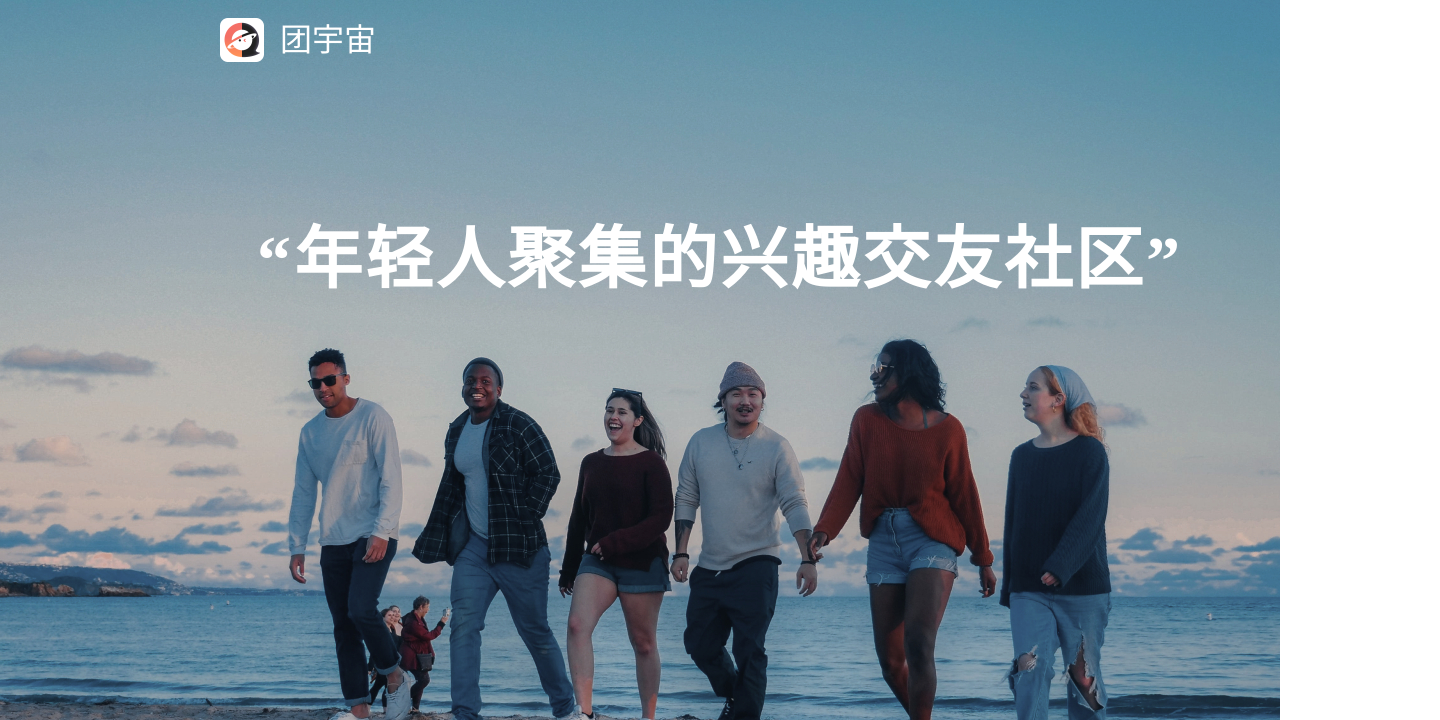
Repository: SanpLee/tyz
Page: homePage/index.html
An editor plug-in stored every save of this project. The page is shown before and after the next save, followed by the edit.
The browser window is 1280 px wide. The page is 1440 px wide, so the pictures cover 1440 px, including what lies to the right of the window. The pictures show the whole page.

Above is the page before, as saved 2022-05-24 19:43:51.

After the next save:
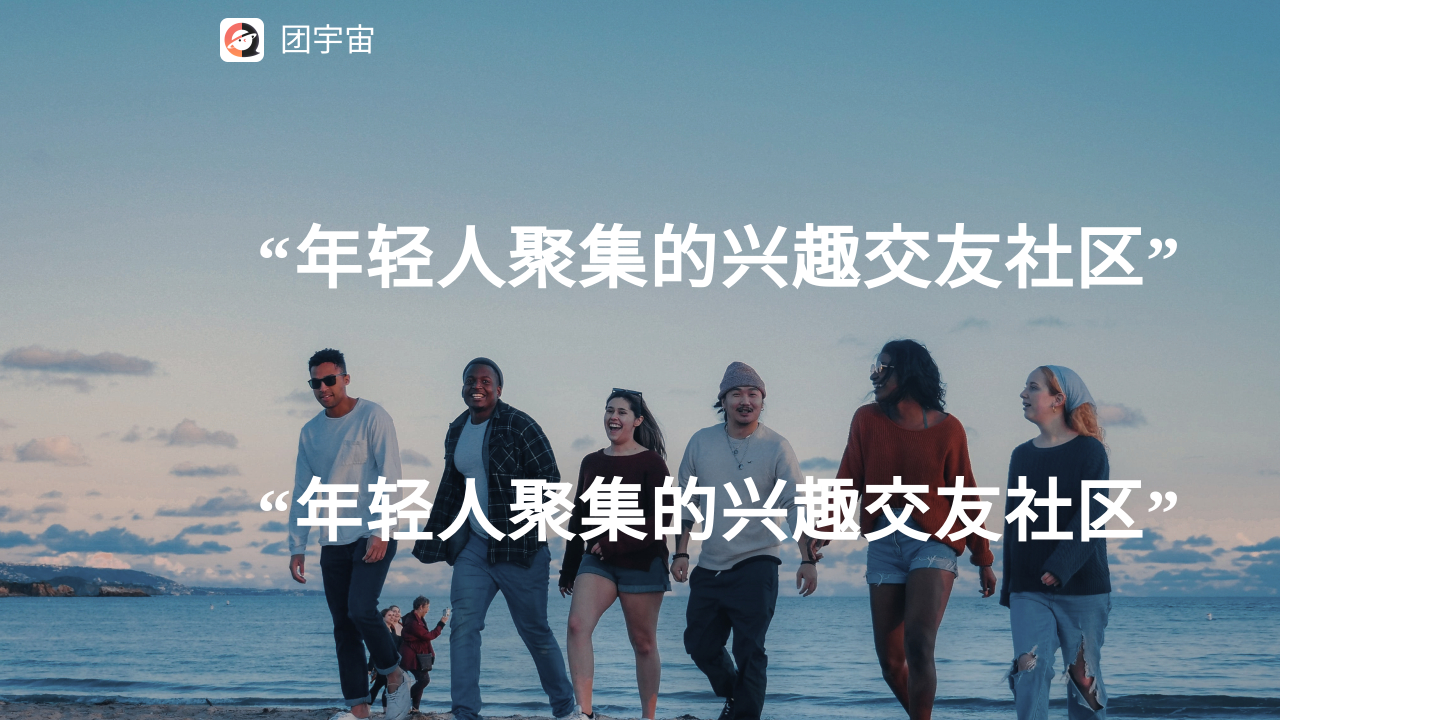
Saved 13 s later.
--- a/homePage/index.html
+++ b/homePage/index.html
@@ -16,6 +16,7 @@
                 <div class="name left">团宇宙</div>
             </div>
             <div class="sc-des1">“年轻人聚集的兴趣交友社区”</div>
+            <div class="sc-des1">“年轻人聚集的兴趣交友社区”</div>
         </div>
     </div>
 
